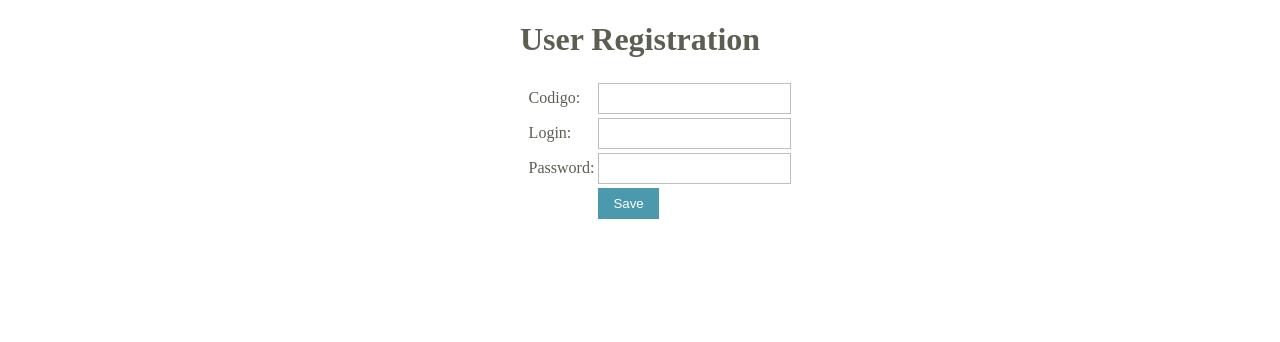
Repository: ViniciusBeletella/project-jsp
Page: http://localhost/project-jsp/userRegistration.jsp
The author's editor kept a copy of each file at every save. The page is drawn from the files as they stood at one save, then again after the next save.
The browser window is 1280 px wide. The pictures show the whole page.
The page is served by Tomcat 9.

Above is the page before, as saved 2019-12-20 14:10:24.

After the next save:
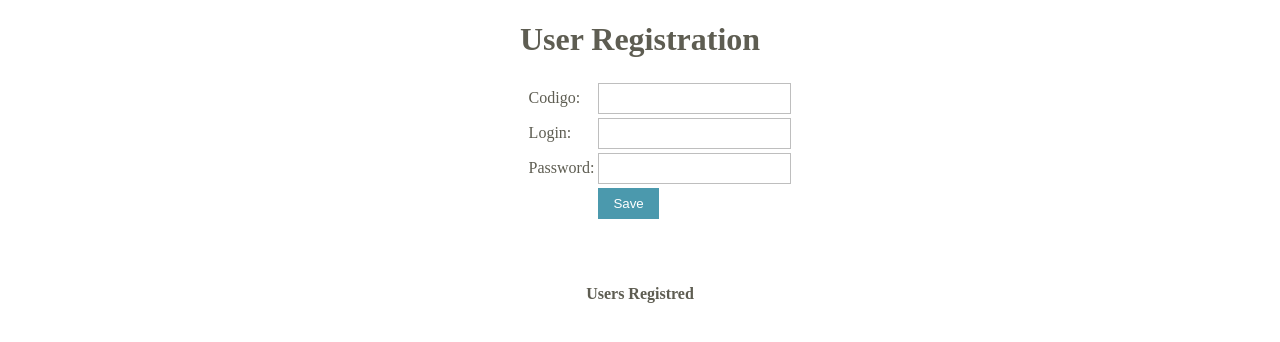
Saved 4 min 35 s later.
--- a/project-jsp/WebContent/userRegistration.jsp
+++ b/project-jsp/WebContent/userRegistration.jsp
@@ -50,7 +50,7 @@
 
 		<div class="container">
 			<table class="responsive-table">
-
+			<caption>Users Registred</caption>
 				<c:forEach items="${users}" var="userL">
 					<tr>
 						<td style="width: 150px"><c:out value="${userL.id}"></c:out></td>
